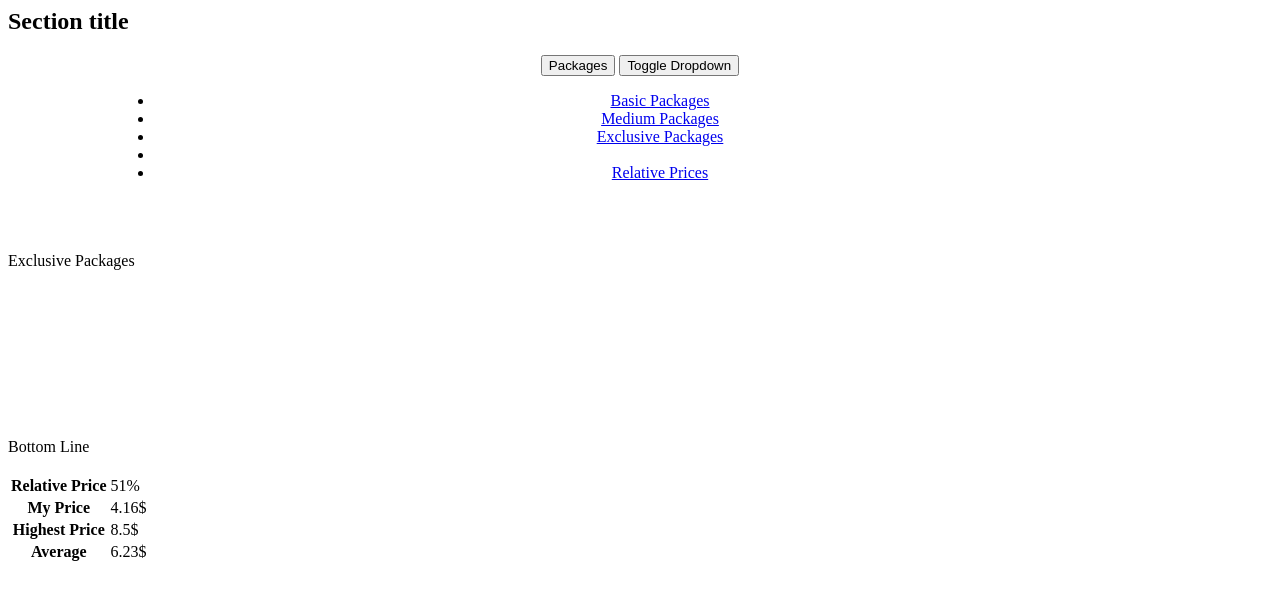
Repository: netaosman/Price-try-course
Page: prixceFrontEnd/src/main/webapp/Prixce_FrontEnd/HTML/Market/pricesPack/HighPackages.html
The author's editor kept a copy of each file at every save. The page is drawn from the files as they stood at one save, then again after the next save.
The browser window is 1280 px wide. The pictures show the whole page.

Above is the page before, as saved 2017-09-23 02:22:47.

After the next save:
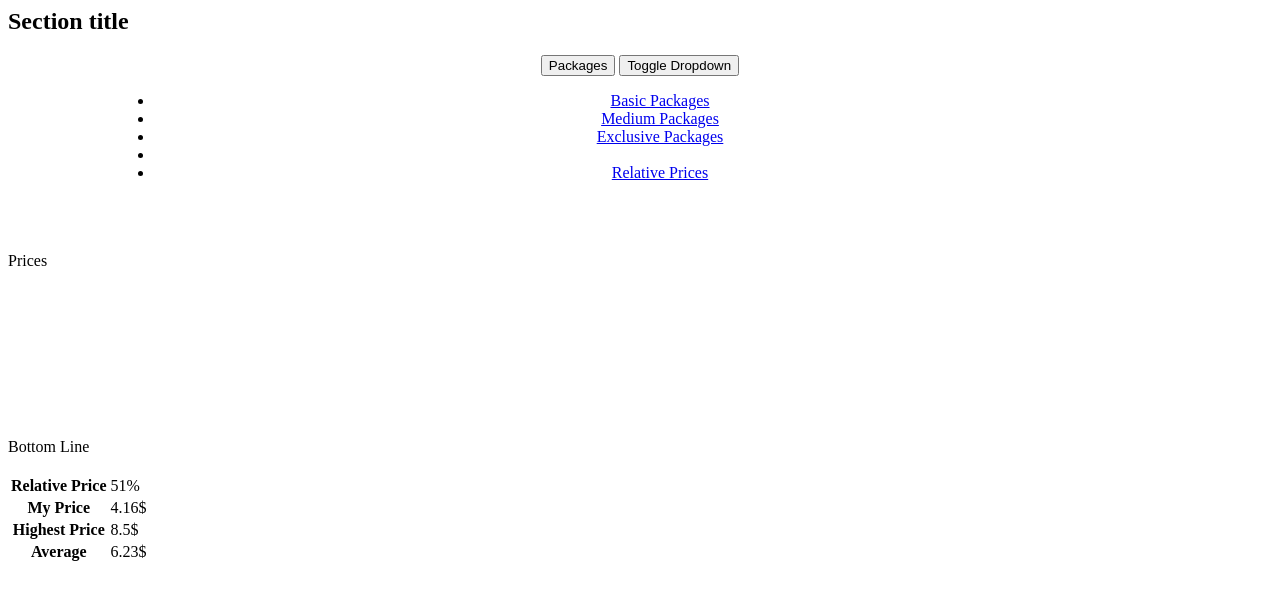
Saved 100 s later.
--- a/prixceFrontEnd/src/main/webapp/Prixce_FrontEnd/HTML/Market/pricesPack/HighPackages.html
+++ b/prixceFrontEnd/src/main/webapp/Prixce_FrontEnd/HTML/Market/pricesPack/HighPackages.html
@@ -20,18 +20,17 @@
 			</ul>
 		</div>
 	</div>
-	<br> <br>
-	<br>
+	<br> <br> <br>
 	<div class="row placeholders">
-		<div class="col-lg-8 col-md-8 col-sm-12 placeholder"
-			ng-controller="PricesHighCtrl">
-			<div class="panel panel-default">
+		<div class="col-xs-12 col-md-8" ng-controller="PricesHighCtrl">
+			<div class="panel panel-default-1">
+				<div class="panel-heading">Prices</div>
 				<div class="panel-body">
-					<div class="panel-title" align="left">Exclusive Packages</div>
+					<!-- <div class="panel-title">Prices</div> -->
 					<br>
 					<canvas id="base" class="chart-horizontal-bar" chart-data="data"
 						chart-labels="labels" chart-colors="colors">
-                        </canvas>
+                                </canvas>
 				</div>
 			</div>
 		</div>
